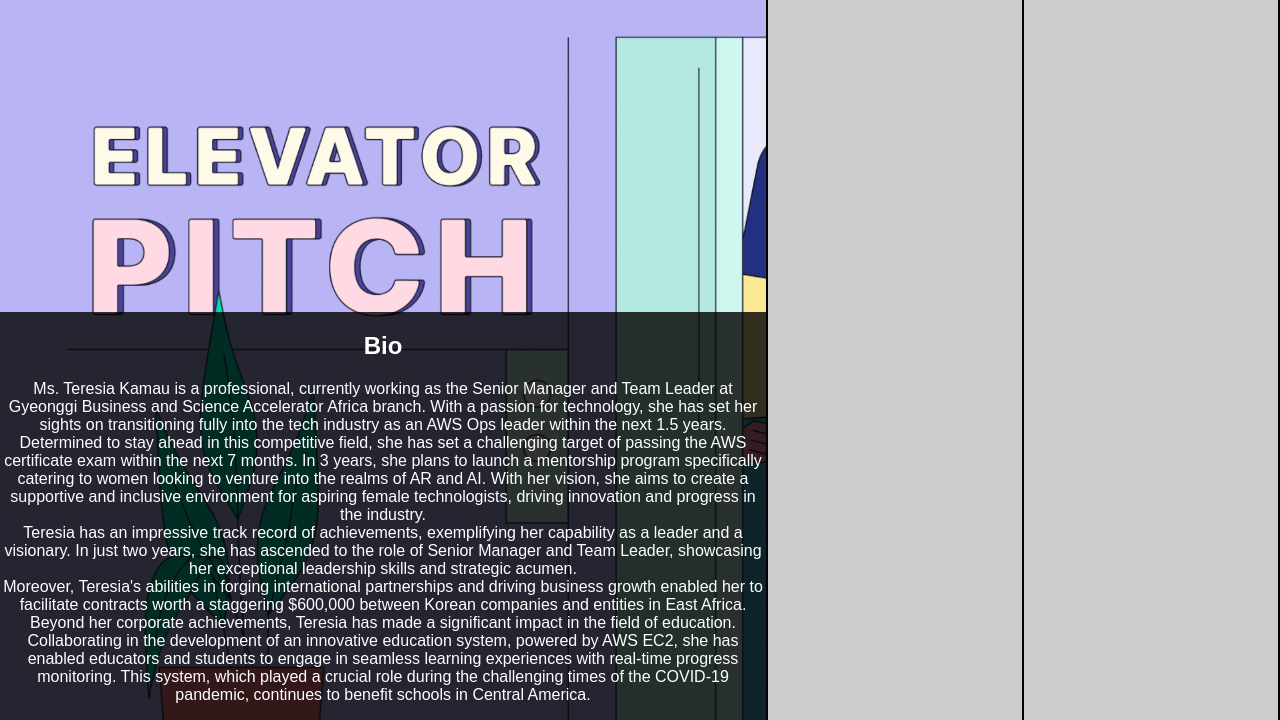
Repository: tessa5/developerPortfolio
Page: public/bio.html
The author's editor kept a copy of each file at every save. The page is drawn from the files as they stood at one save, then again after the next save.
The browser window is 1280 px wide. The pictures show the whole page.

Above is the page before, as saved 2023-08-08 15:03:30.

After the next save:
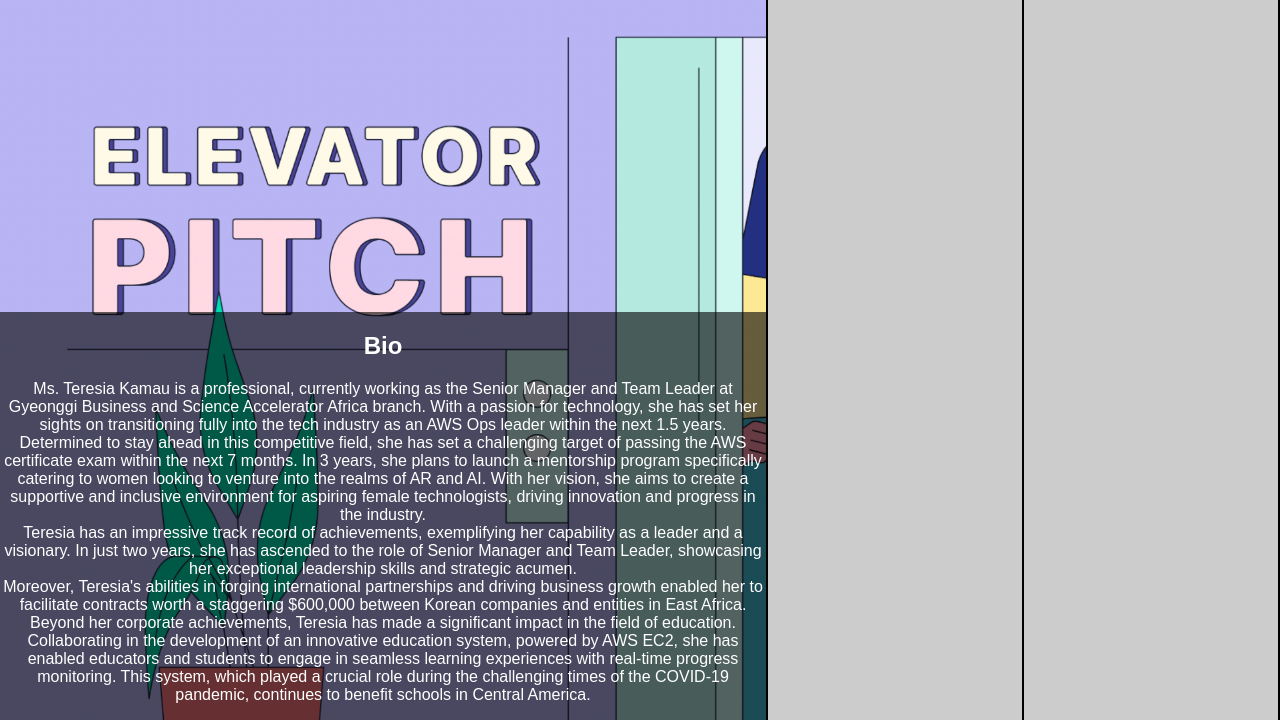
Saved 30 s later.
--- a/public/assets/styles/bio.css
+++ b/public/assets/styles/bio.css
@@ -45,7 +45,7 @@ ul li .bio {
     bottom:-100%;
     left:0;
     width: 100%;
-    background: rgba(0,0,0,0.8);
+    background: rgba(0,0,0,0.6);
     box-sizing: border-box;
     color: #fff;
     opacity:0;
